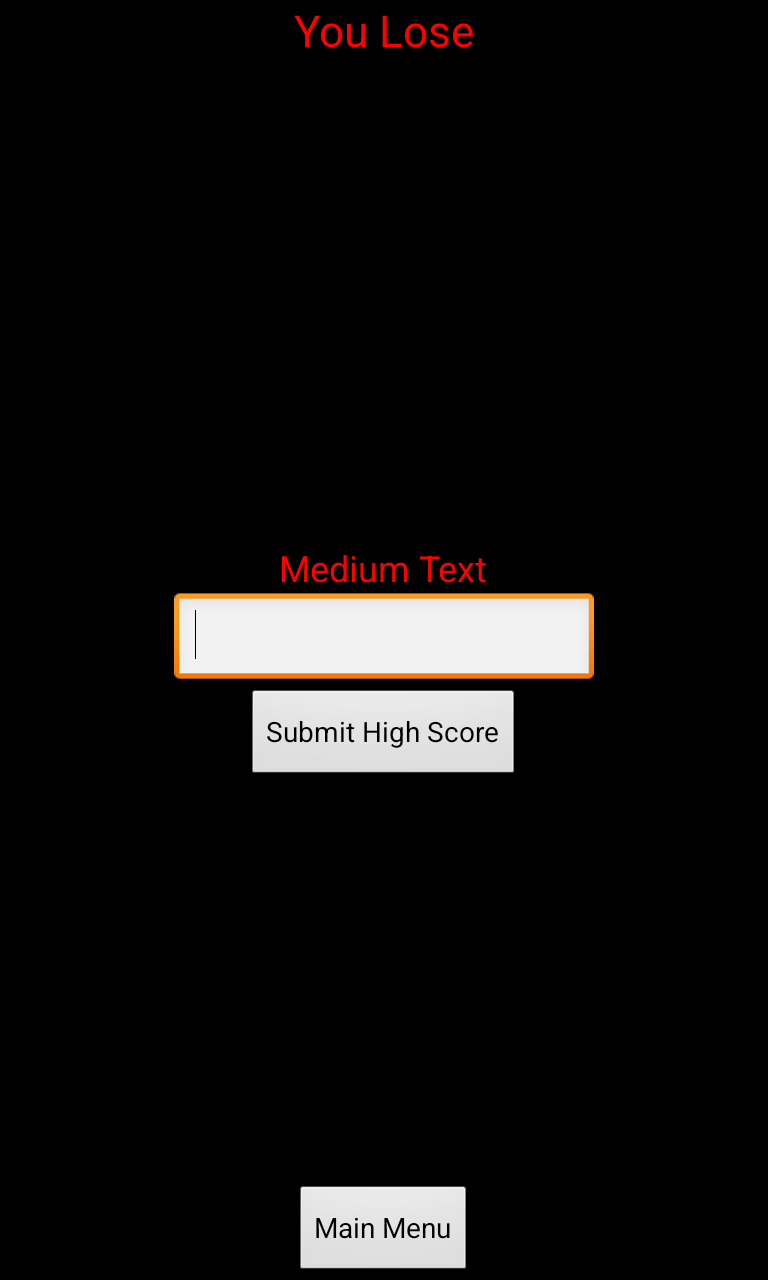
Repository: tofuninja/Rotate
Layout: Rotate/res/layout/game_loss_scree.xml
The author's editor kept a copy of each file at every save. The layout is drawn from the files as they stood at one save, then again after the next save.
It is drawn on a 768 x 1280 px phone screen (xhdpi) without system bars, with theme android:Theme.NoTitleBar.Fullscreen; the app's code is not run.

Above is the layout before, as saved 2014-05-03 12:34:56.

After the next save:
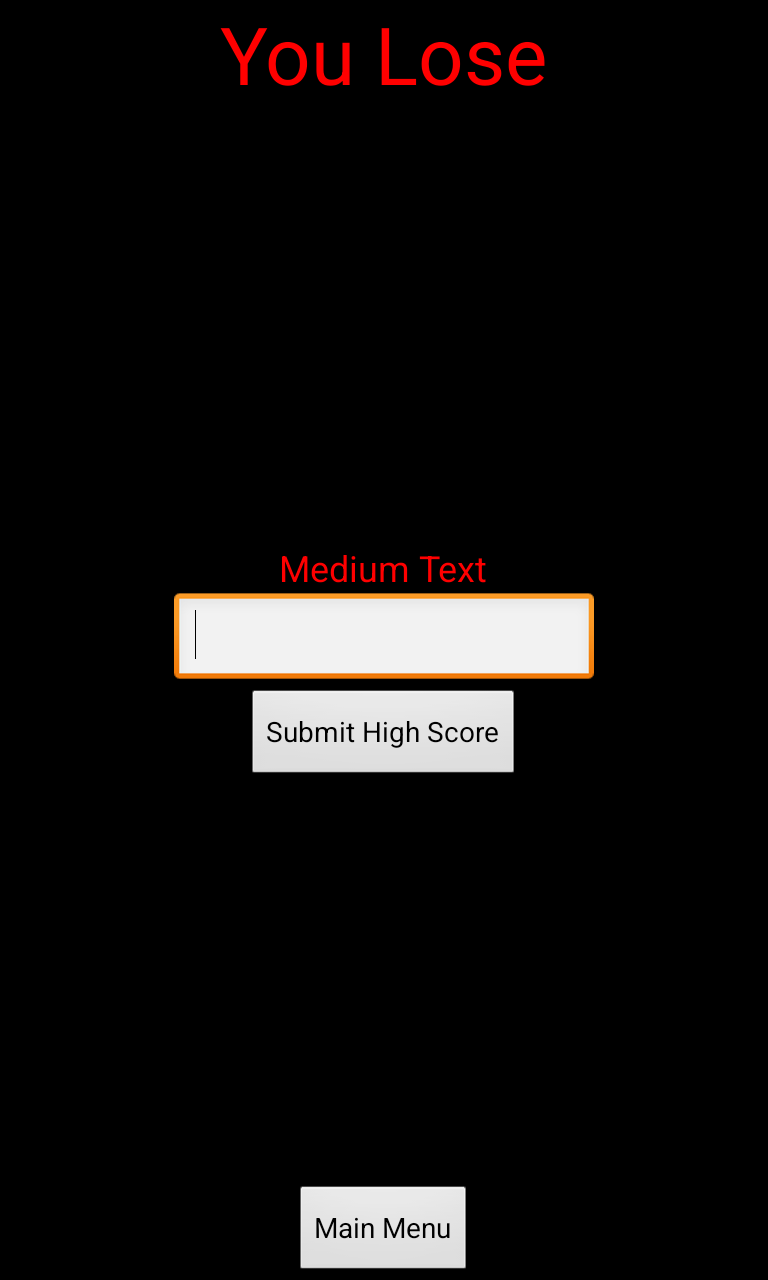
Saved 53 s later.
--- a/Rotate/res/layout/game_loss_scree.xml
+++ b/Rotate/res/layout/game_loss_scree.xml
@@ -43,7 +43,8 @@
             android:layout_centerHorizontal="true"
             android:text="You Lose"
             android:textAppearance="?android:attr/textAppearanceLarge"
-            android:textColor="#FF0000" />
+            android:textColor="#FF0000"
+            android:textSize="40sp" />
 
         <TextView
             android:id="@+id/text_score"
